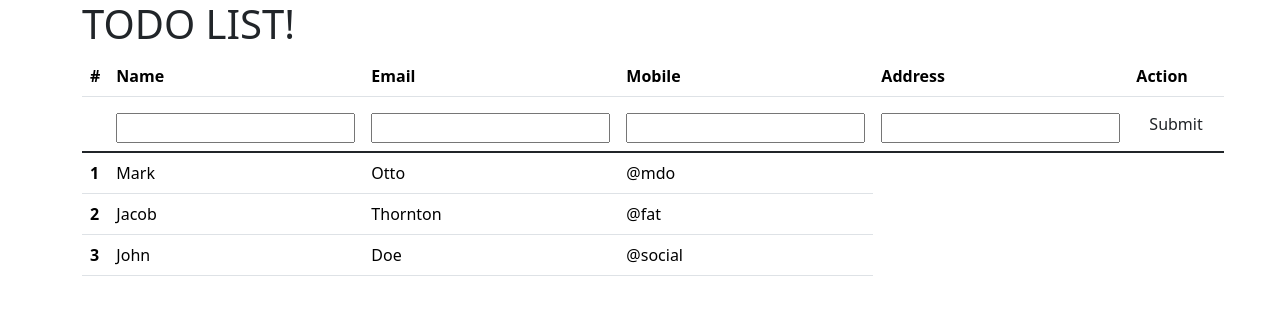
Repository: faizrehmandeveloper-spec/mern
Page: js/todo.html
These files come from the project's save history. The page is drawn as it stood at one moment and after the next save; the edit follows.
The browser window is 1280 px wide. The pictures show the whole page.

Above is the page before, as saved 2026-06-25 11:35:43.

After the next save:
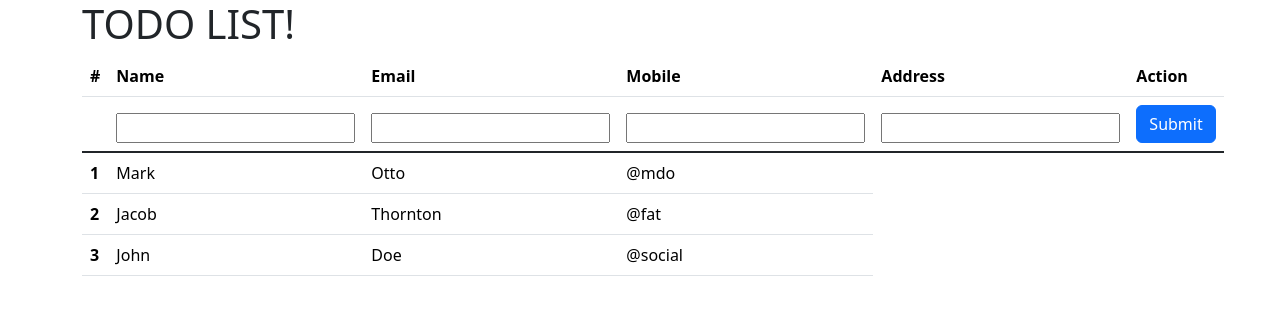
Saved 8 s later.
--- a/js/todo.html
+++ b/js/todo.html
@@ -28,7 +28,7 @@
                     <th><input type="text" id="name"></th>
                     <th><input type="text" id="name"></th>
                     <th><input type="text" id="name"></th>
-                    <th><input type="submit" id="name" class="btn btn-pria"></th>
+                    <th><input type="submit" id="name" class="btn btn-primary btn-outline"></th>
                 </tr>
             </thead>
             <tbody class="table-group-divider">
